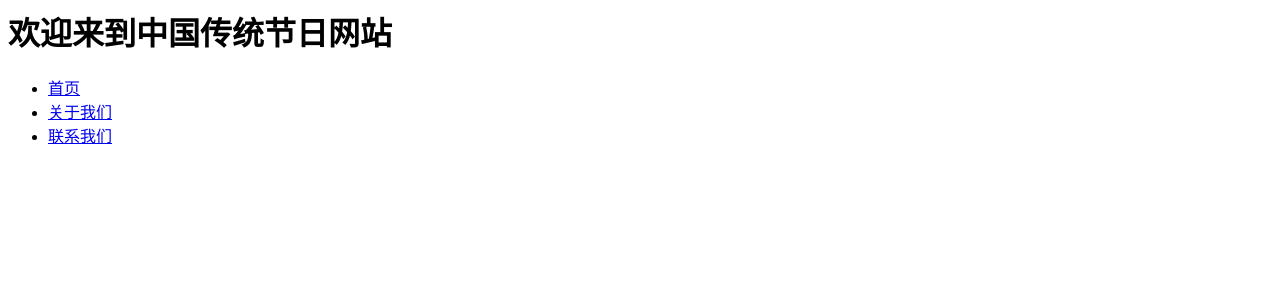
Repository: XueJie1/computer-operation-basics
Page: pages/header.html
An editor plug-in stored every save of this project. The page is shown before and after the next save, followed by the edit.
The browser window is 1280 px wide. The pictures show the whole page.

Above is the page before, as saved 2023-08-30 14:13:18.

### pages/header.html
<header>
    <h1>欢迎来到中国传统节日网站</h1>
    <!-- 这里放置你的网站导航菜单、标志等内容 -->
    <nav>
        <ul>
            <li><a href="#">首页</a></li>
            <li><a href="about.html">关于我们</a></li>
            <li><a href="contact.html">联系我们</a></li>
            <!-- 添加其他页面链接 -->
        </ul>
    </nav>
</header>

After the next save:
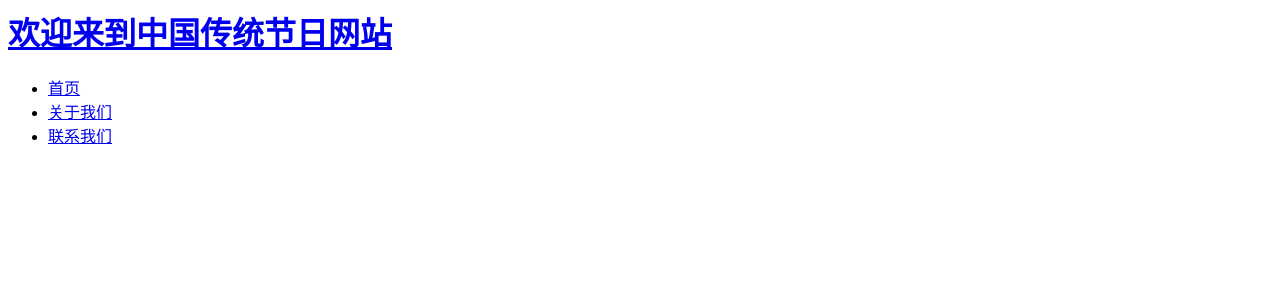
Saved 69 s later.
--- a/pages/header.html
+++ b/pages/header.html
@@ -1,9 +1,9 @@
 <header>
-    <h1>欢迎来到中国传统节日网站</h1>
+    <h1><a href="../index.html">欢迎来到中国传统节日网站</a></h1>
     <!-- 这里放置你的网站导航菜单、标志等内容 -->
     <nav>
         <ul>
-            <li><a href="#">首页</a></li>
+            <li><a href="../index.html">首页</a></li>
             <li><a href="about.html">关于我们</a></li>
             <li><a href="contact.html">联系我们</a></li>
             <!-- 添加其他页面链接 -->
